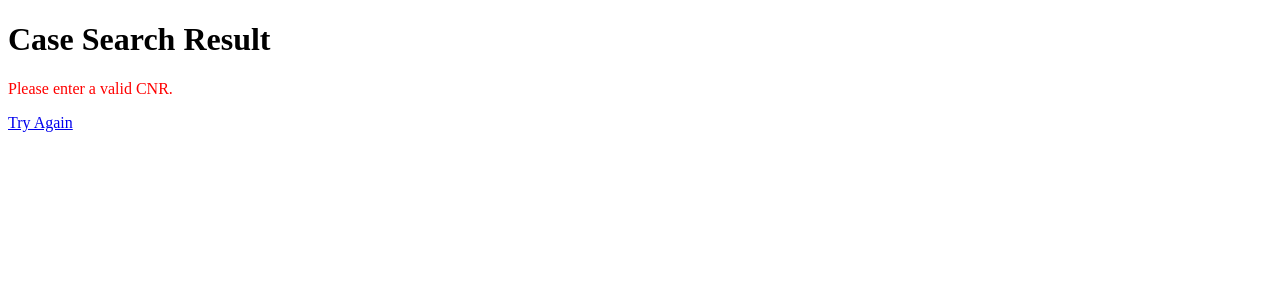
Repository: moatazbenma/Internship_task
Page: http://localhost/results/
These files come from the project's save history. The page is drawn as it stood at one moment and after the next save; the edit follows.
The browser window is 1280 px wide. The pictures show the whole page.
The page is served by the project's application, run on Django 5.2 (court_project/manage.py).

Above is the page before, as saved 2025-08-02 16:08:16.

After the next save:
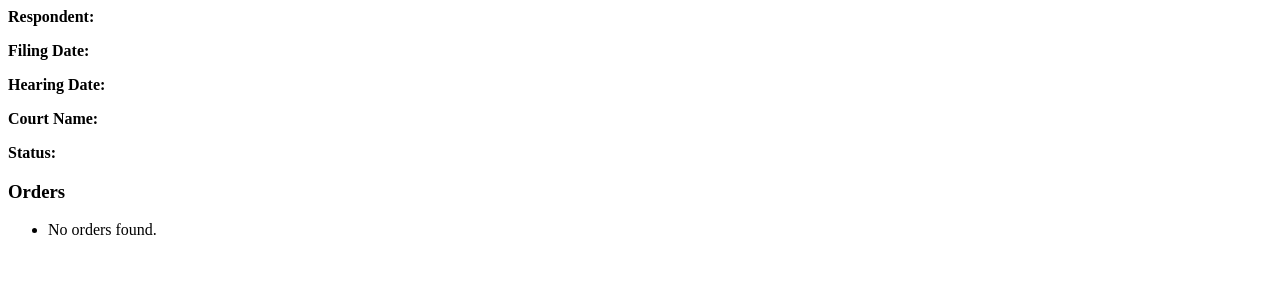
Saved 7 min 59 s later.
--- a/court_projects/court_project/case_search/templates/case_search/search_result.html
+++ b/court_projects/court_project/case_search/templates/case_search/search_result.html
@@ -1,15 +1,17 @@
-<!DOCTYPE html>
-<html>
-<head>
-    <title>Case Search Result</title>
-</head>
-<body>
-    <h1>Case Search Result</h1>
+<p><strong>Respondent:</strong> {{ case.respondent }}</p>
+<p><strong>Filing Date:</strong> {{ case.filing_date }}</p>
+<p><strong>Hearing Date:</strong> {{ case.hearing_date }}</p>
+<p><strong>Court Name:</strong> {{ case.court_name }}</p>
+<p><strong>Status:</strong> {{ case.status }}</p>
 
-    {% if error %}
-        <p style="color: red;">{{ error }}</p>
-        <a href="{% url 'case_search:search_form' %}">Try Again</a>
-    {% elif case %}
-        <p><strong>Case Number:</strong> {{ case.case_number }}</p>
-        <p><strong>Petitioner:</strong> {{ case.petitioner }}</p>
-{% endif %}
+<h3>Orders</h3>
+<ul>
+  {% for order in case.orders.all %}
+    <li>
+      <strong>{{ order.date }}</strong> - {{ order.summary }}
+      [<a href="{{ order.pdf_url }}" target="_blank">View PDF</a>]
+    </li>
+  {% empty %}
+    <li>No orders found.</li>
+  {% endfor %}
+</ul>
